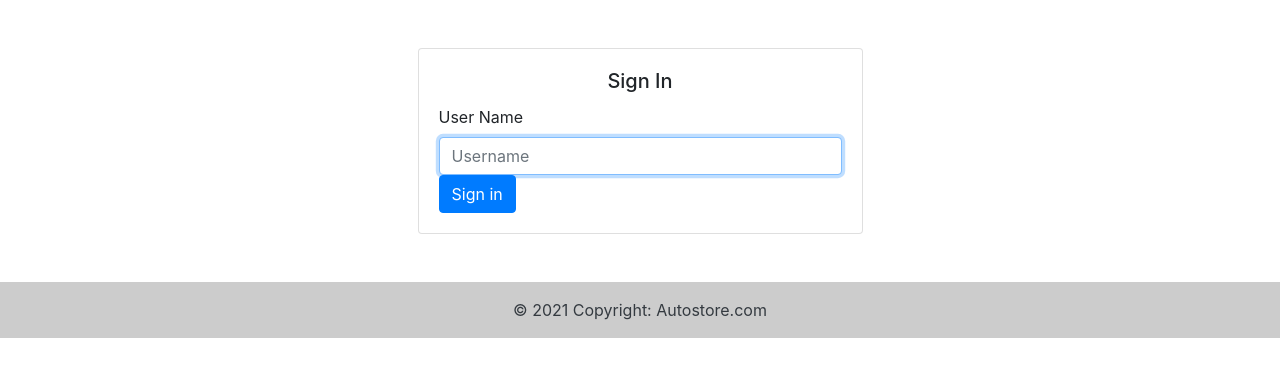
Repository: pravinsakthivel/ecommerce
Page: /
The author's editor kept a copy of each file at every save. The page is drawn from the files as they stood at one save, then again after the next save.
The browser window is 1280 px wide. The pictures show the whole page.
The project was rebuilt for these pictures with package versions that can differ from the ones it lists, and the page was loaded fresh each time. Also part of the build but not shown: src/components/ProductItem.vue, src/components/UI/ShoppingCartIcon.vue, src/components/UI/NavigationBar.vue, src/components/UI/SearchBar.vue, src/components/ProductDescriptionModal.vue, src/components/ProductList.vue, src/components/PayPalComponent.vue, src/components/PaymentDetails.vue and 5 more.

Above is the page before, as saved 2021-04-10 20:20:39.

After the next save:
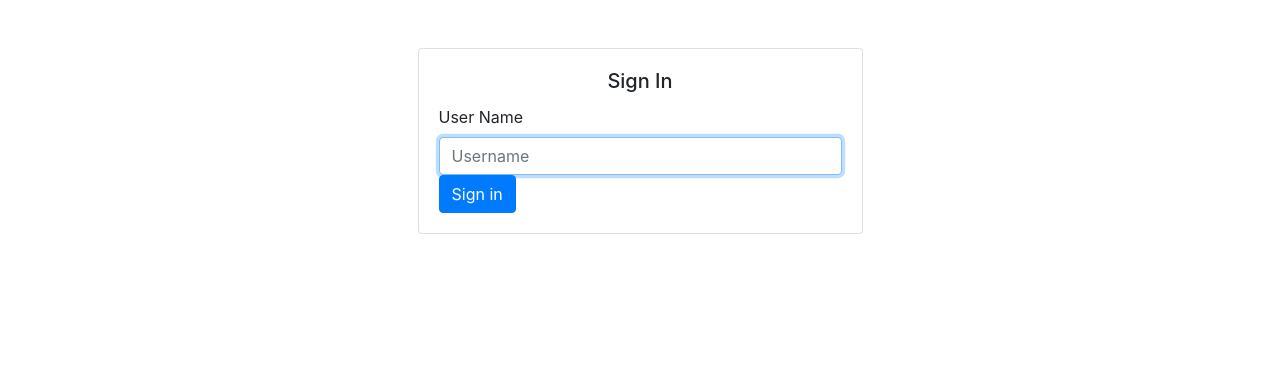
Saved 3 min 20 s later.
--- a/src/App.vue
+++ b/src/App.vue
@@ -1,9 +1,6 @@
 <template>
  <router-view></router-view>
- <div class="text-center text-dark p-3" style="background-color: rgba(0, 0, 0, 0.2);">
-    © 2021 Copyright:
-    <a class="text-dark" href="#">Autostore.com</a>
-  </div>
+
 </template>
 
 <script>
